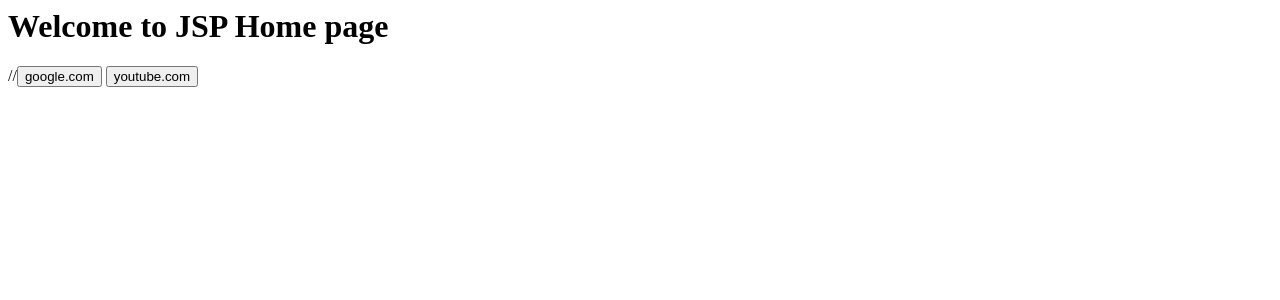
Repository: LUKKAROSHINI/Enterprise-Programming
Page: http://localhost/JspDemo/
An editor plug-in stored every save of this project. The page is shown before and after the next save, followed by the edit.
The browser window is 1280 px wide. The pictures show the whole page.
The page is served by Tomcat 9.

Above is the page before, as saved 2024-06-17 09:34:05.

After the next save:
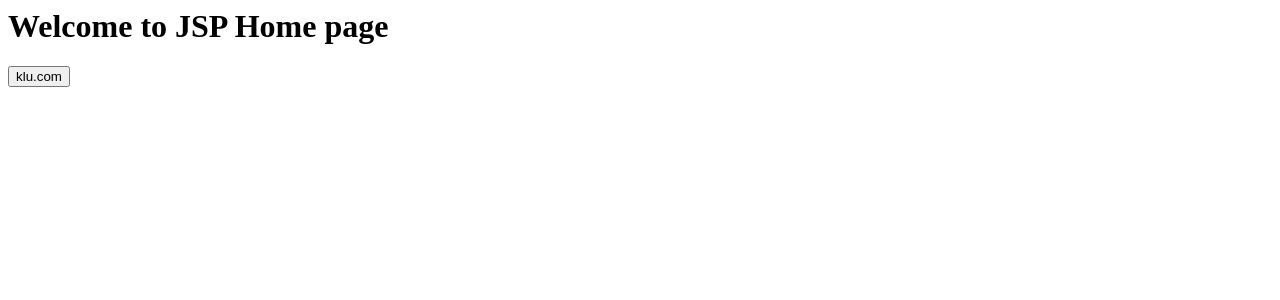
Saved 103 s later.
--- a/JspDemo/src/main/webapp/index.jsp
+++ b/JspDemo/src/main/webapp/index.jsp
@@ -3,8 +3,8 @@
 <h1>Welcome to JSP Home page</h1>
 <form action="hello.jsp">
 
-//<input type="submit" value="google.com">
-<input type="submit" value="youtube.com">
+<input type="submit" value="klu.com">
+
 
 </form>
 </body>
